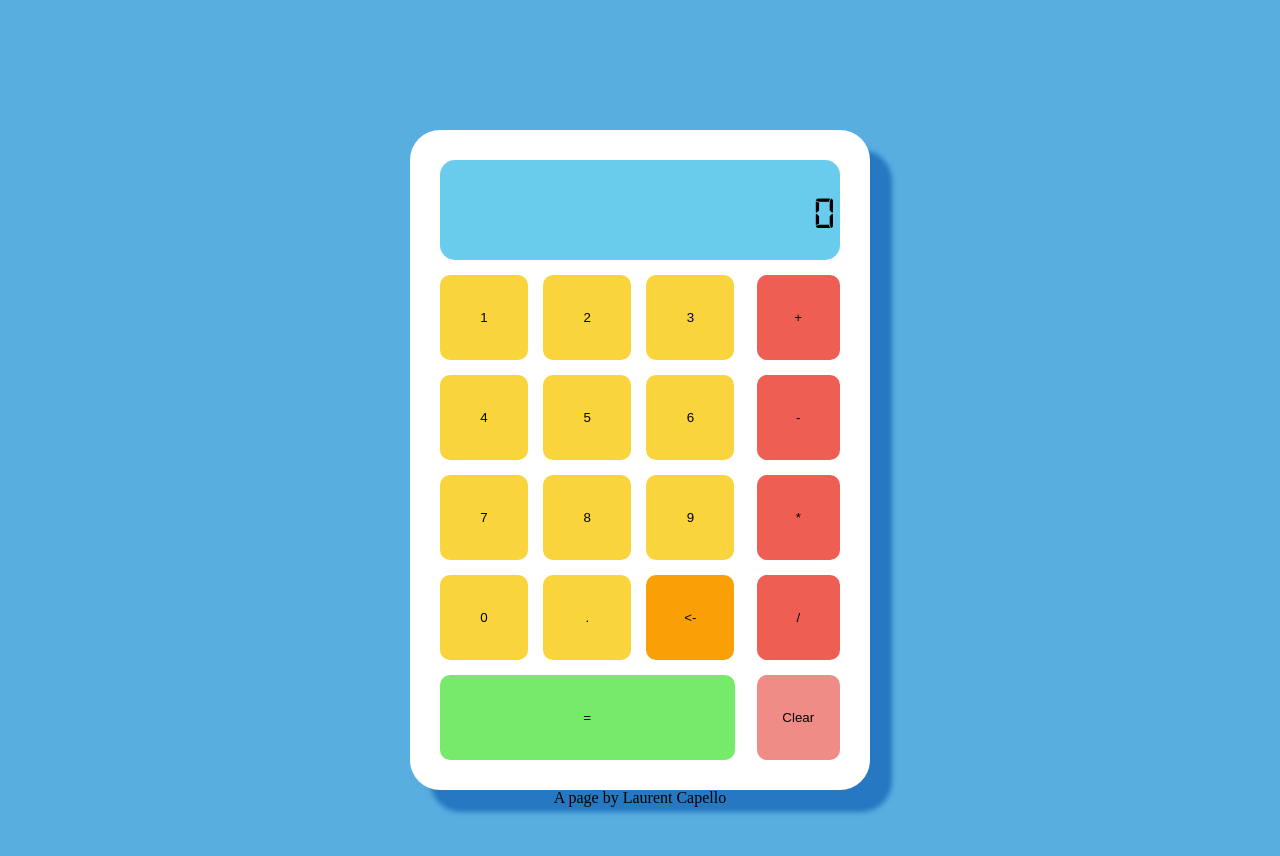
Repository: sokafootball/js-calculator
Page: index.html
The author's editor kept a copy of each file at every save. The page is drawn from the files as they stood at one save, then again after the next save.
The browser window is 1280 px wide. The pictures show the whole page.

Above is the page before, as saved 2020-05-06 20:38:29.

After the next save:
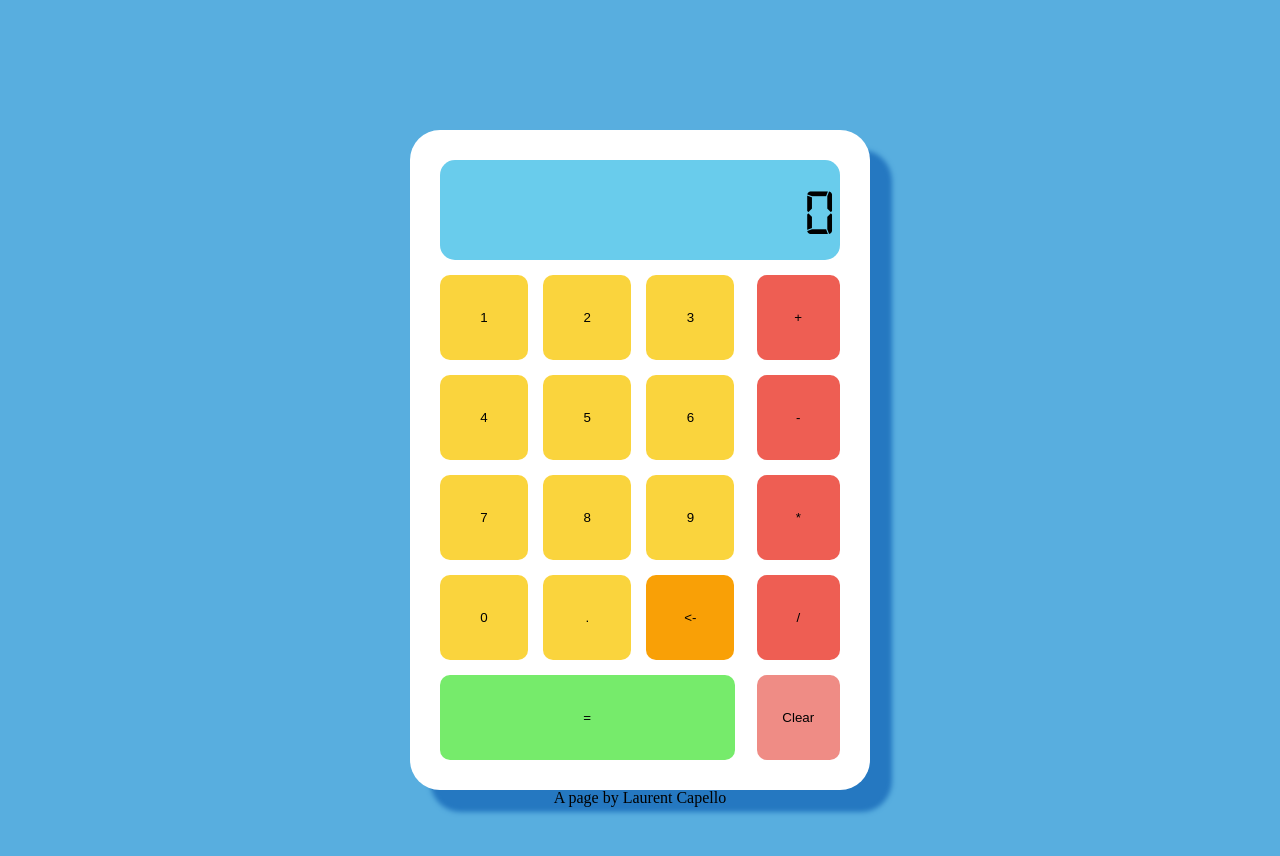
Saved 21 h 47 min later.
--- a/style.css
+++ b/style.css
@@ -65,9 +65,9 @@ body{
   border-radius: 15px;
   border-width: 0px;
   font-family: 'calcFont', sans-serif;
-  font-size: 45px;
+  font-size: 65px;
   grid-area: display;
-  line-height: 95px;
+  line-height: 90px;
   padding-right: 5px;
   text-align: right;
   vertical-align: middle;
